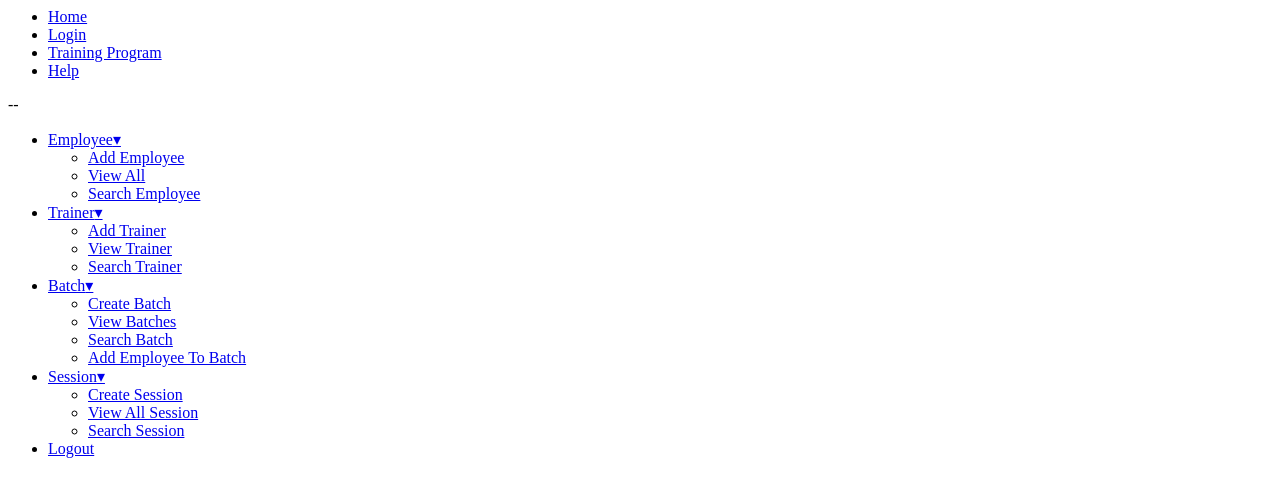
Repository: Dipak27/Dipak-s-front-end
Page: http://localhost/Traning_Management/adminmenustrip.jsp
The author's editor kept a copy of each file at every save. The page is drawn from the files as they stood at one save, then again after the next save.
The browser window is 1280 px wide. The pictures show the whole page.
The page is served by Tomcat 9.

Above is the page before, as saved 2016-11-09 13:44:08.

After the next save:
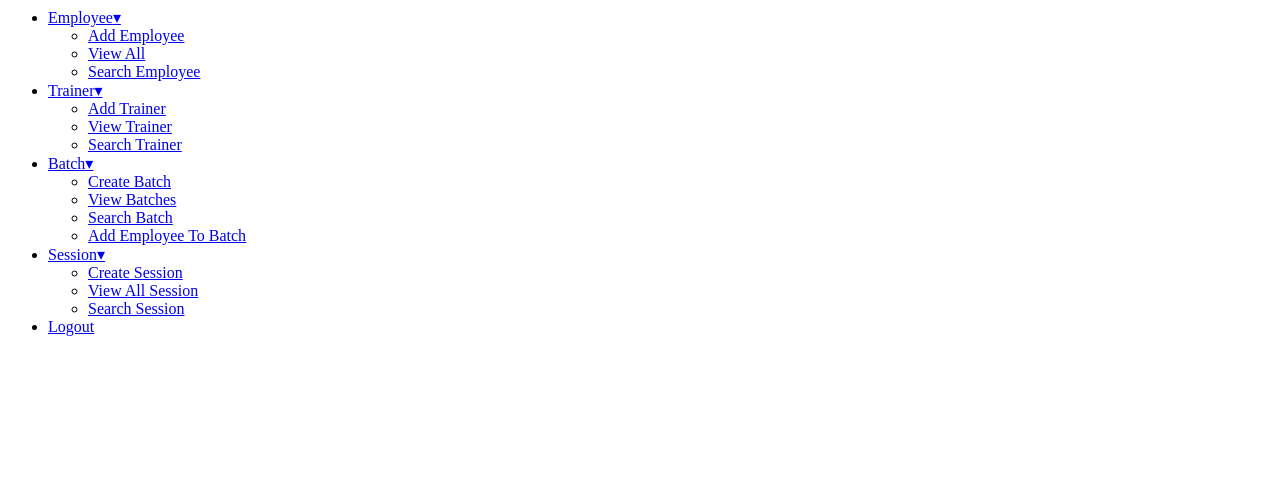
Saved 63 s later.
--- a/Training Management Project/Traning_Management/src/main/webapp/adminmenustrip.jsp
+++ b/Training Management Project/Traning_Management/src/main/webapp/adminmenustrip.jsp
@@ -1,20 +1,4 @@
 
-	<div class="nav-main-container">
-			<div class="container_24">
-				<div class="grid_24">
-					<ul id="topmenunav" class="nav-main">
-						<li><a rel="home" href="#home">Home</a></li>
-						<li><a rel="login" href="#login">Login</a></li>
-						<li><a rel="trainingprogram" href="#trainingprogram">Training Program</a></li>
-						<li><a rel="help" href="#help">Help</a></li>
-
-
-					</ul>
-				</div>
-				<div class="clear"></div>
-			</div>
-		</div>
-		--
 		<div class="nav-main-container">
 			<div class="container_24">
 				<div class="grid_24">
